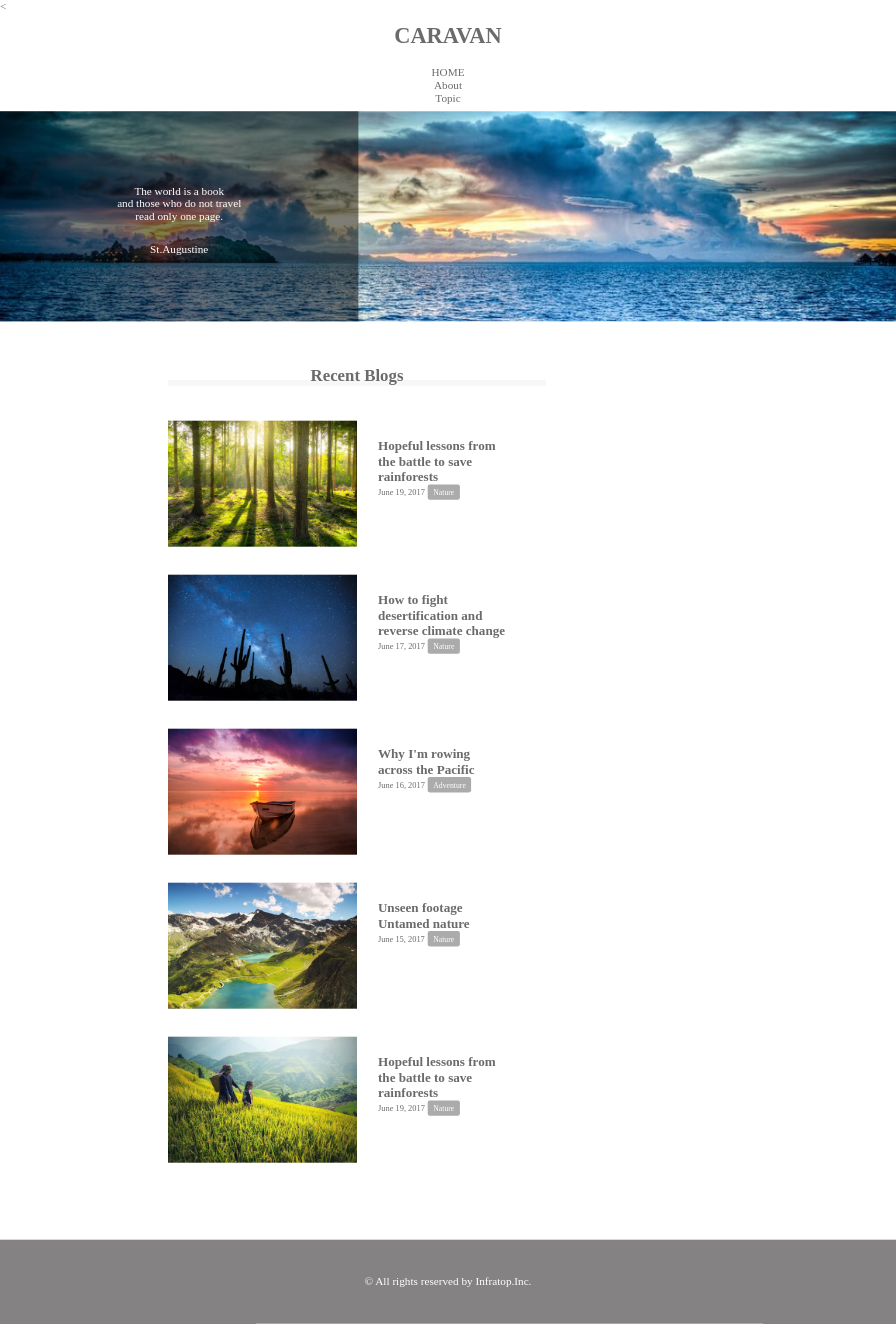
Repository: YabuYoshi/Bookers1
Page: carvan/index.html
The author's editor kept a record of every edit. The page is drawn from the files as they stood at one moment, then again after the next edit.
The browser window is 1280 px wide. The pictures show the whole page, at 70% of full size.

Above is the page before.

After the next edit:
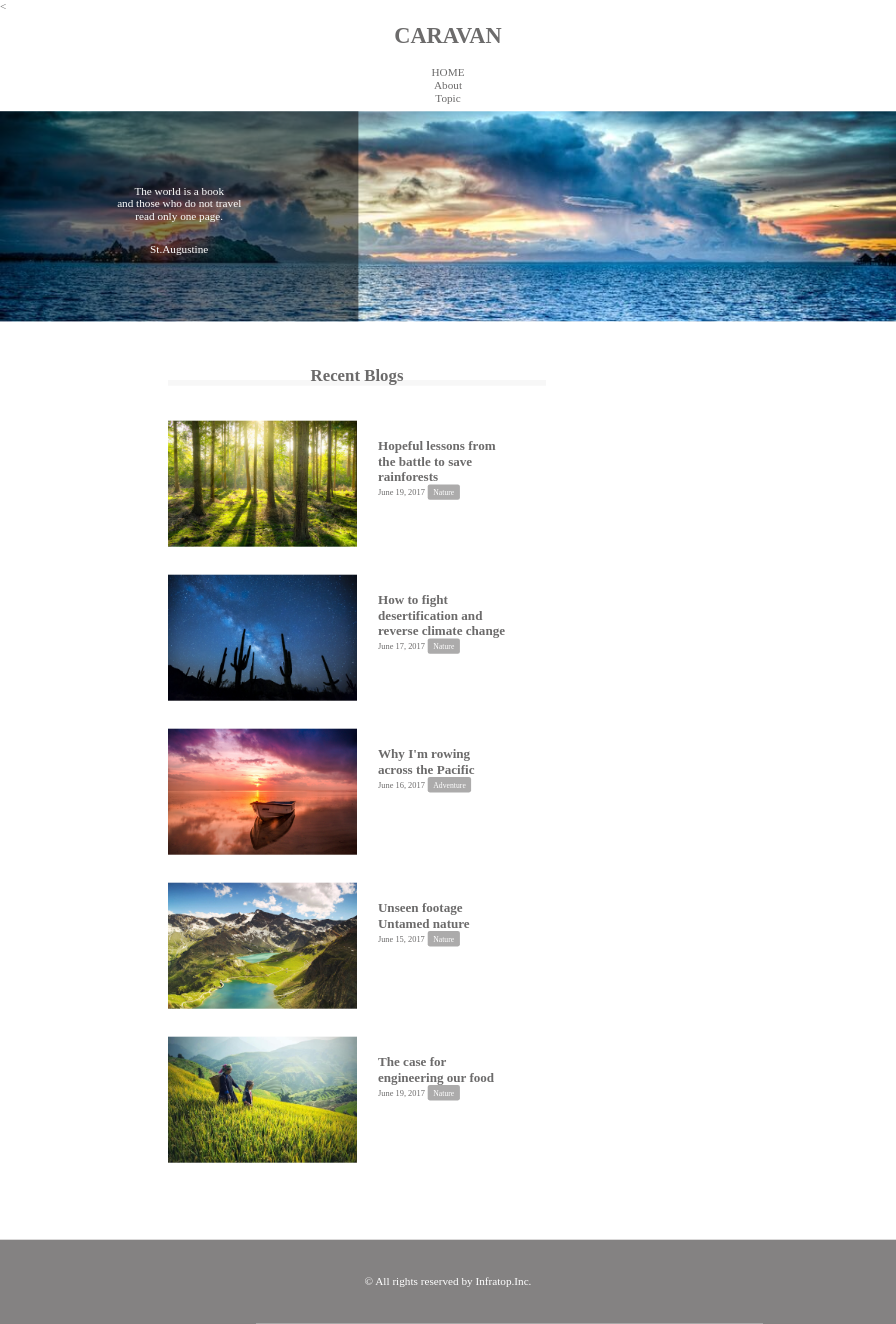
The edit:
--- a/carvan/index.html
+++ b/carvan/index.html
@@ -107,9 +107,8 @@
           <section class="blog-text">
             <h3>
               <a href="single.html">
-                Hopeful lessons from<br>
-                the battle to save<br>
-                rainforests
+                The case for<br>
+                engineering our food
               </a>
             </h3>
             <p class="blog-date">June 19, 2017</p>
